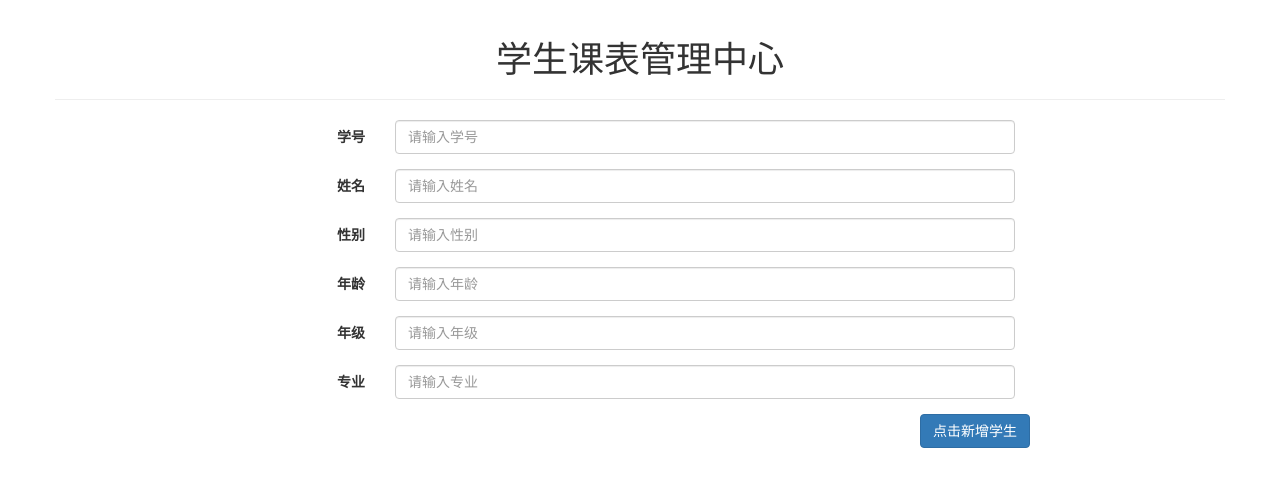
Repository: JetChen07/mybatis
Page: http://localhost/course/addstudent.jsp
The author's editor kept a copy of each file at every save. The page is drawn from the files as they stood at one save, then again after the next save.
The browser window is 1280 px wide. The pictures show the whole page.
The page is served by Tomcat 9. Nobody is signed in. The application's start-up code is not run. Other server files are loaded and not shown.

Above is the page before, as saved 2018-05-22 03:32:37.

### course/src/main/webapp/addstudent.jsp
<%@ page contentType="text/html;charset=utf-8" language="java"
 isELIgnored="false" pageEncoding="utf-8"%>
<%@ taglib prefix="c" uri="http://java.sun.com/jsp/jstl/core"%>
<%@ taglib prefix="fmt" uri="http://java.sun.com/jsp/jstl/fmt" %>
<!DOCTYPE html PUBLIC "-//W3C//DTD HTML 4.01 Transitional//EN" "http://www.w3.org/TR/html4/loose.dtd">
<html>
<head>
    <title>学生课表管理中心</title>
    <link rel="stylesheet" href="lib/bootstrap-3.3.7-dist/css/bootstrap.min.css">
    <script src="lib/2.2.4/jquery-1.12.4.min.js"></script>
    <script src="lib/bootstrap-3.3.7-dist/js/bootstrap.min.js"></script>
</head>
<body>
<div class="container">
    <div class="row">
        <div class="page-header" align="center">
            <h1>学生课表管理中心</h1>
        </div>
    </div>
    <div class="row">
        <div class="col-md-8 col-md-offset-2">
            <form class="form-horizontal" action="${pageContext.request.contextPath}/addStudent">
                <div class="form-group">
                    <label for="reg_no" class="col-sm-2 control-label">学号</label>
                    <div class="col-sm-10">
                        <input type="text" class="form-control" id="reg_no" name="reg_no" placeholder="请输入学号">
                    </div>
                </div>
                <div class="form-group">
                    <label for="name" class="col-sm-2 control-label">姓名</label>
                    <div class="col-sm-10">
                        <input type="text" class="form-control" id="name" name="name" placeholder="请输入姓名">
                    </div>
                </div>
                <div class="form-group">
                    <label for="sex" class="col-sm-2 control-label">性别</label>
                    <div class="col-sm-10">
                        <input type="text" class="form-control" id="sex" name="sex" placeholder="请输入性别">
                    </div>
                </div>
                <div class="form-group">
                    <label for="age" class="col-sm-2 control-label">年龄</label>
                    <div class="col-sm-10">
                        <input type="text" class="form-control" id="age" name="age"  placeholder="请输入年龄">
                    </div>
                </div>
                <div class="form-group">
                    <label for="grade" class="col-sm-2 control-label">年级</label>
                    <div class="col-sm-10">
                        <input type="text" class="form-control" id="grade" name="grade"  placeholder="请输入年级">
                    </div>
                </div>
                <div class="form-group">
                    <label for="major" class="col-sm-2 control-label">专业</label>
                    <div class="col-sm-10">
                        <input type="text" class="form-control" id="major" name="major"  placeholder="请输入专业">
                    </div>
                </div>
                <div class="form-group" align="right">
                    <input type="submit" value="点击新增学生" class="btn btn-primary">
                </div>
            </form>
        </div>
    </div>
</div>

</body>
</html>

Loaded but not shown: course/src/main/webapp/lib/bootstrap-3.3.7-dist/css/bootstrap.min.css (library); course/src/main/webapp/lib/2.2.4/jquery-1.12.4.min.js (library); course/src/main/webapp/lib/bootstrap-3.3.7-dist/js/bootstrap.min.js (library)

After the next save:
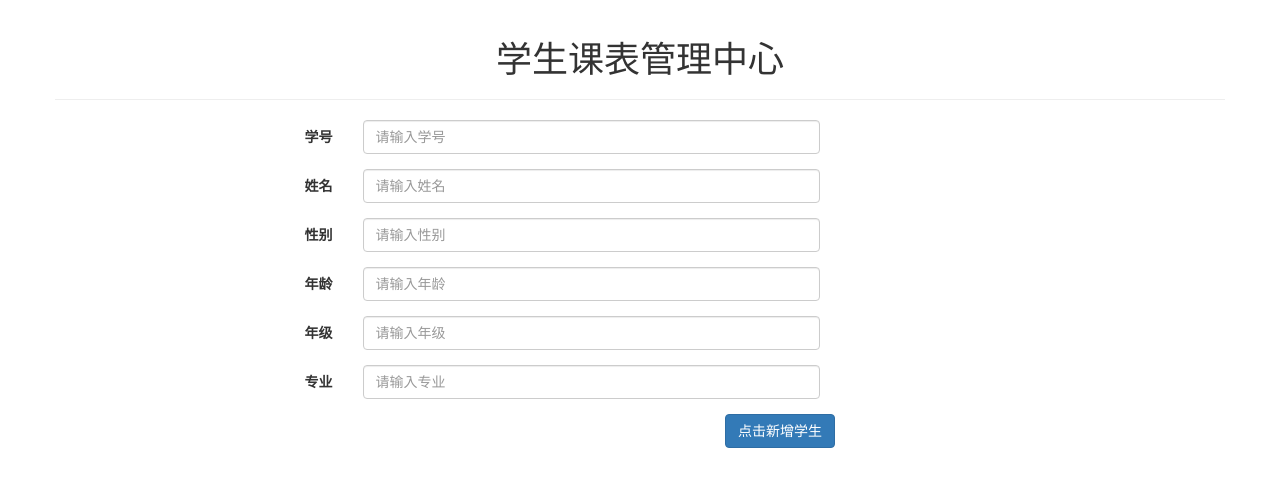
Saved 2 min 30 s later.
--- a/course/src/main/webapp/addstudent.jsp
+++ b/course/src/main/webapp/addstudent.jsp
@@ -18,7 +18,7 @@
         </div>
     </div>
     <div class="row">
-        <div class="col-md-8 col-md-offset-2">
+        <div class="col-md-6 col-md-offset-2">
             <form class="form-horizontal" action="${pageContext.request.contextPath}/addStudent">
                 <div class="form-group">
                     <label for="reg_no" class="col-sm-2 control-label">学号</label>
